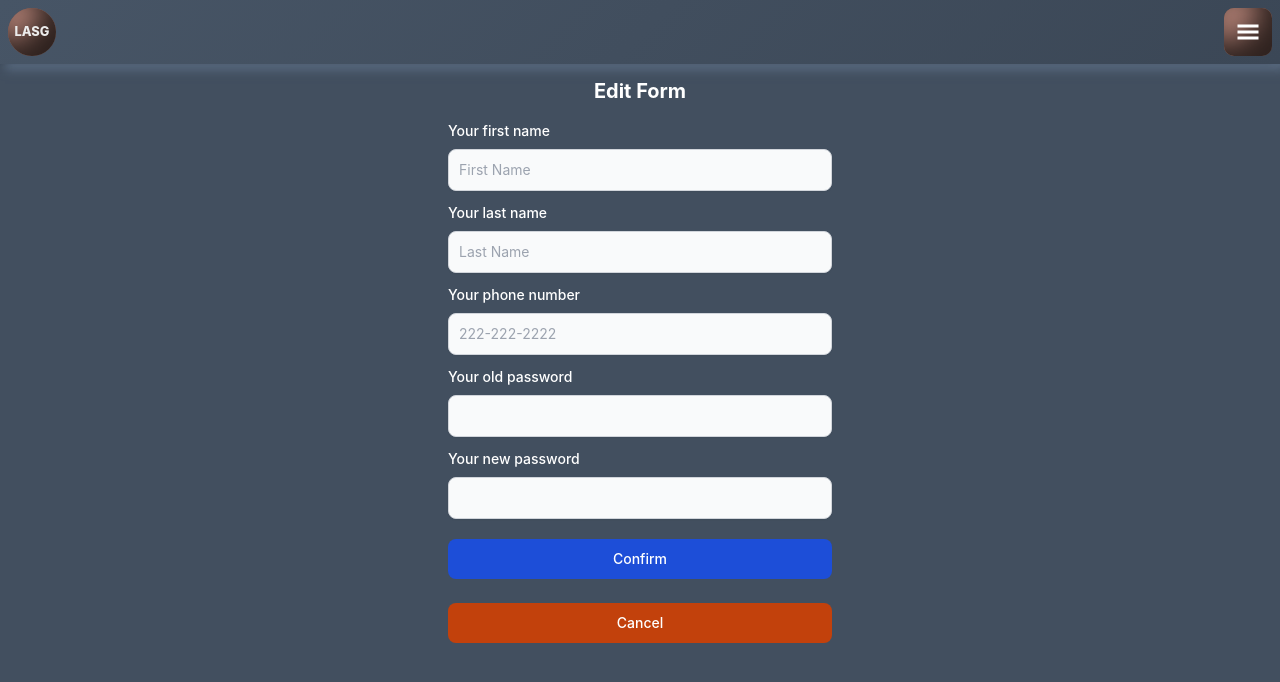
Repository: ShindanoSingi/LA-Swahili-Group
Page: /edit (app in client/)
The author's editor kept a copy of each file at every save. The page is drawn from the files as they stood at one save, then again after the next save.
The browser window is 1280 px wide. The pictures show the whole page.
The project was rebuilt for these pictures with package versions that can differ from the ones it lists, and the page was loaded fresh each time. Also part of the build but not shown: client/src/pages/error/Error.css, client/src/pages/error/Error.js, client/src/pages/home/Home.js, client/src/pages/about/About.js, client/src/pages/contact/Contact.js, client/src/pages/login/Login.js, client/src/pages/userDashBoard/UserDashBoard.js, client/src/pages/superUsersDashBoard/SuperUsersDashBoard.js and 1 more.

Above is the page before, as saved 2024-02-12 00:17:08.

After the next save:
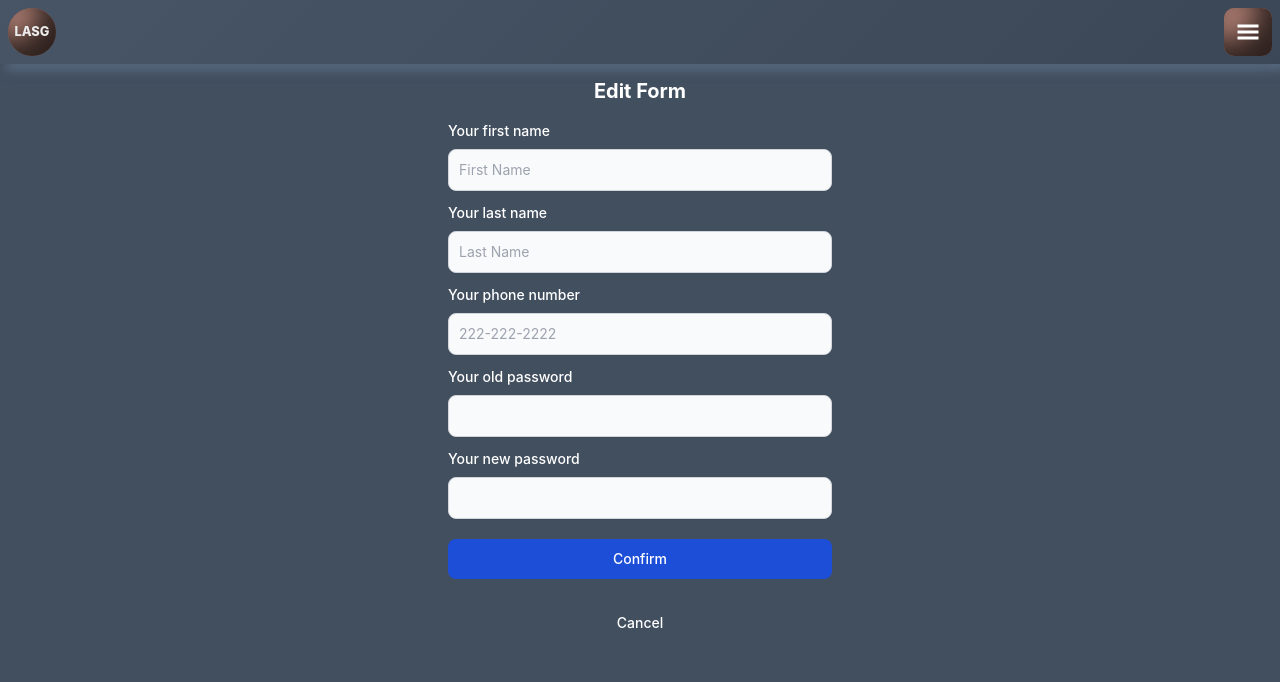
Saved 48 s later.
--- a/client/src/pages/editUser/EditUser.js
+++ b/client/src/pages/editUser/EditUser.js
@@ -92,7 +92,7 @@ function EditUser() {
                                     </button>
                                     <button
                                           type="submit"
-                                          className="text-white mt-6 w-full bg-orange-700 hover:bg-blue-800 focus:ring-4 focus:outline-none focus:ring-blue-300 font-medium rounded-lg text-sm px-5 py-2.5 text-center dark:bg-blue-600 dark:hover:bg-blue-700 dark:focus:ring-blue-800"
+                                          className="text-white mt-6 w-full hover:bg-blue-800 focus:ring-4 focus:outline-none focus:ring-blue-300 font-medium rounded-lg text-sm px-5 py-2.5 text-center dark:bg-blue-600 dark:hover:bg-blue-700 dark:focus:ring-blue-800"
                                     >
                                           Cancel
                                     </button>
